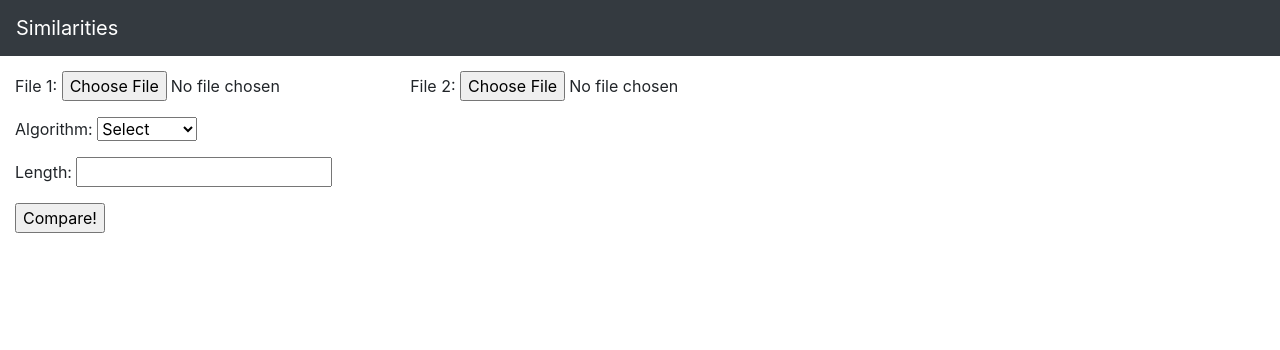
Repository: AllardQuek/CS50x
Page: http://localhost/
The author's editor kept a record of every edit. The page is drawn from the files as they stood at one moment, then again after the next edit.
The browser window is 1280 px wide. The pictures show the whole page.
Some web libraries are served in a nearby version. The page is served by the project's application, run on Flask 3 (pset7/similarities/application.py). Other server files are loaded and not shown.

Above is the page before.

### pset7/similarities/templates/index.html
{% extends "layout.html" %}

{% block body %}

    <div class="col">
        <form action="/compare" enctype="multipart/form-data" method="post">

            <!-- TODO -->
            <div class="form-group">
                File 1: <input type="file" name="file1">
                File 2: <input type="file" name="file2">
            </div>
            <div class="form-group">

                Algorithm:
                <select name="algorithm">
                    <option disabled selected>Select</option>
                    <option value="lines">lines</option>
                    <option value="sentences">sentences</option>
                    <option value="substrings">substring</option>
                </select>

            </div>
            <div class="form-group">
                Length: <input type="number" name="length">
            </div>
            <button type="submit">Compare!</button>

        </form>
    </div>

{% endblock %}

### pset7/similarities/templates/layout.html
<!DOCTYPE html>

<html lang="en">
    <head>

        <!-- Required meta tags -->
        <meta charset="utf-8"/>
        <meta name="viewport" content="width=device-width, initial-scale=1, shrink-to-fit=no"/>

        <!-- Bootstrap CSS -->
        <link href="https://maxcdn.bootstrapcdn.com/bootstrap/4.0.0-beta/css/bootstrap.min.css" rel="stylesheet"/>

        <link href="/static/styles.css" rel="stylesheet"/>

        <title>Similarities</title>

    </head>
    <body>

        <nav class="navbar fixed-top navbar-dark bg-dark">
            <a class="navbar-brand" href="/">Similarities</a>
        </nav>

        <div class="container-fluid">
            <div class="row">
                {% block body %}{% endblock %}
            </div>
        </div>

        <!-- Optional JavaScript -->
        <script src="https://code.jquery.com/jquery-3.2.1.slim.min.js"></script>
        <script src="https://cdnjs.cloudflare.com/ajax/libs/popper.js/1.11.0/umd/popper.min.js"></script>
        <script src="https://maxcdn.bootstrapcdn.com/bootstrap/4.0.0-beta/js/bootstrap.min.js"></script>

    </body>
</html>

Loaded but not shown: pset7/similarities/application.py (common file); pset7/similarities/static/styles.css (common file)

After the next edit:
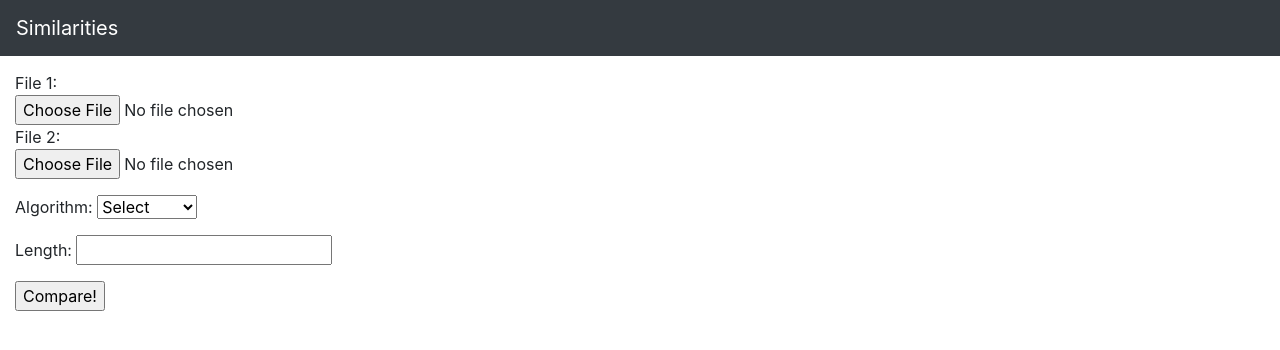
The edit:
--- a/pset7/similarities/templates/index.html
+++ b/pset7/similarities/templates/index.html
@@ -7,8 +7,8 @@
 
             <!-- TODO -->
             <div class="form-group">
-                File 1: <input type="file" name="file1">
-                File 2: <input type="file" name="file2">
+                File 1: <input type="file" name="file1" class="form-control-file">
+                File 2: <input type="file" name="file2" class="form-control-file">
             </div>
             <div class="form-group">
 
